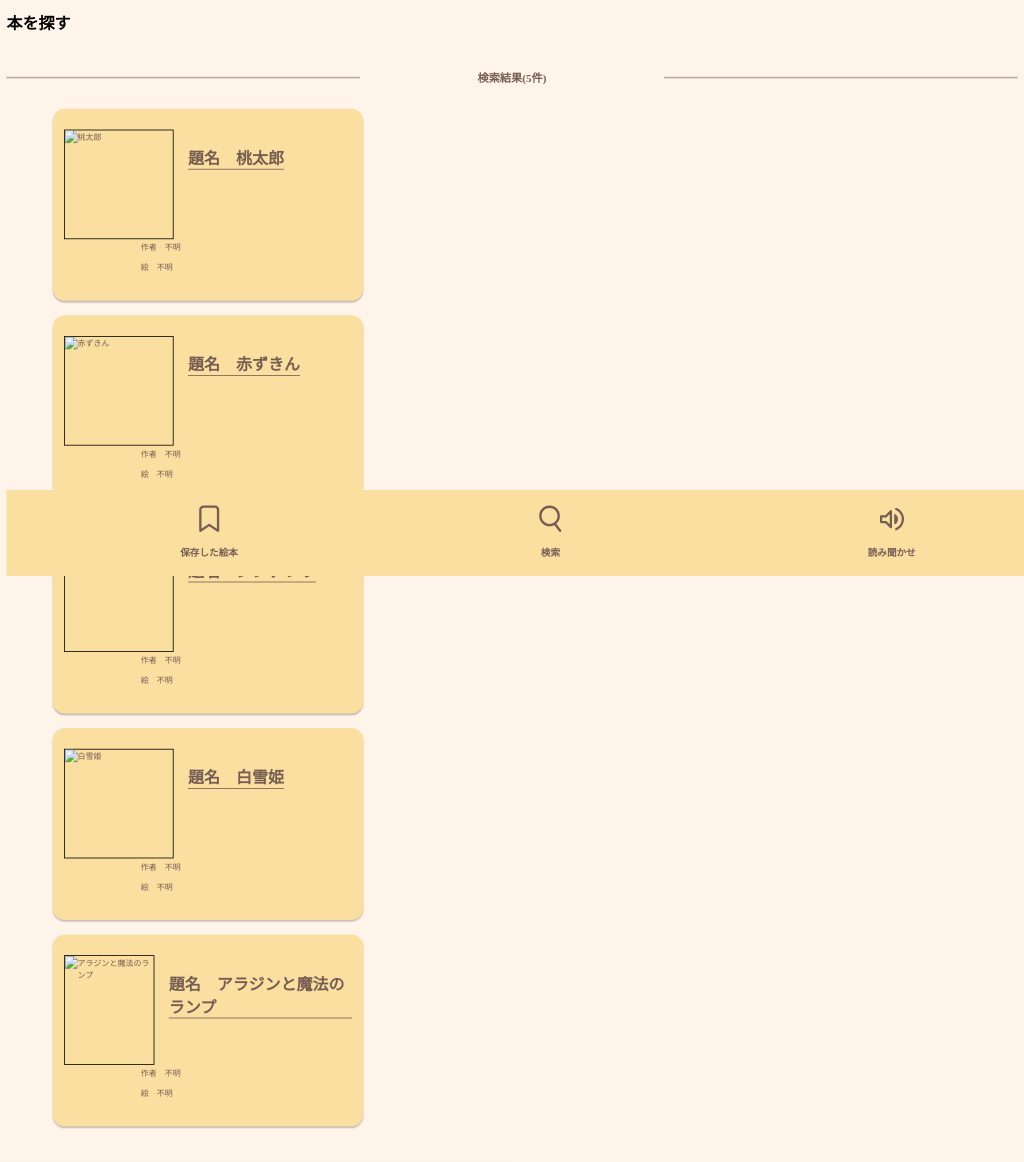
Repository: kmii12/2024-teampj
Page: /result
An editor plug-in stored every save of this project. The page is shown before and after the next save, followed by the edit.
The browser window is 1280 px wide. The pictures show the whole page, at 80% of full size.
The project was rebuilt for these pictures with package versions that can differ from the ones it lists, and the page was loaded fresh each time. The framework's server and built-in components were replaced by stand-ins that run in the browser. Also part of the build but not shown: next.config.mjs.

Above is the page before, as saved 2024-10-23 11:51:05.

After the next save:
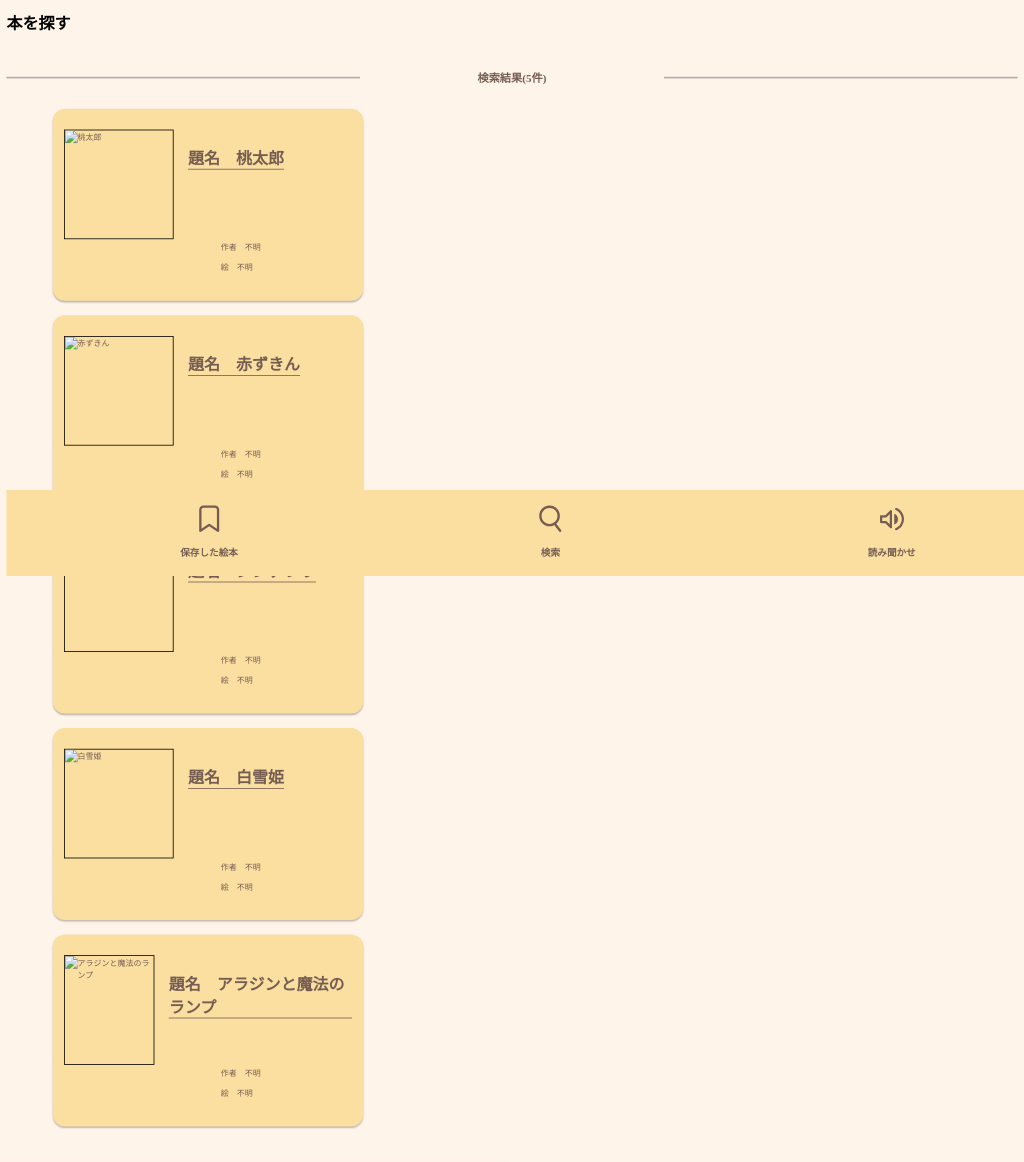
Saved 4 s later.
--- a/src/app/result/Result.module.scss
+++ b/src/app/result/Result.module.scss
@@ -54,7 +54,7 @@
     .fixedBottom {
       position: absolute;
       bottom: 25px;
-      left: 110px;
+      left: 210px;
       right: -10px;
     }
   }
